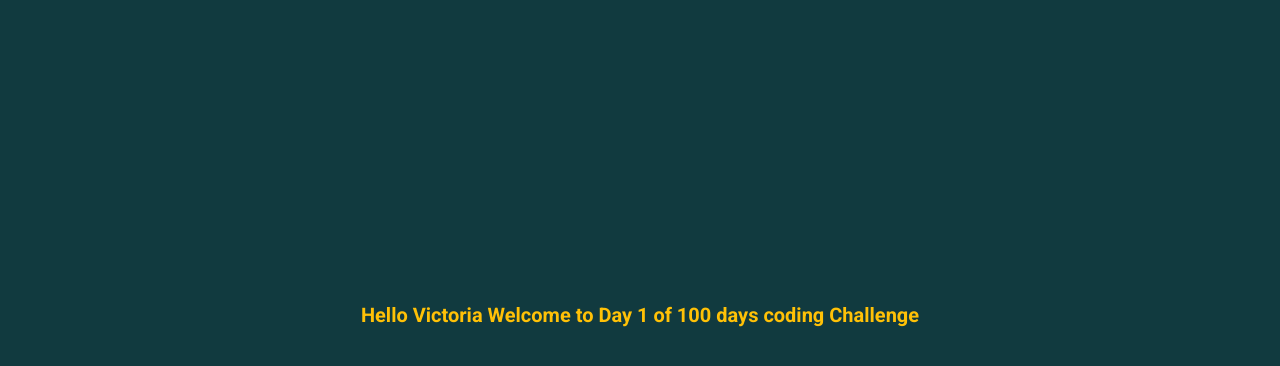
Repository: VickyJacob23/100DaysOfCoding
Page: day1/index.html
These files come from the project's save history. The page is drawn as it stood at one moment and after the next save; the edit follows.
The browser window is 1280 px wide. The pictures show the whole page.

Above is the page before, as saved 2024-08-14 11:57:39.

### day1/index.html
<!DOCTYPE html>
<html lang="en">
  <head>
    <meta charset="UTF-8" />
    <meta name="viewport" content="width=device-width, initial-scale=1.0" />
    <link
      href="https://cdn.jsdelivr.net/npm/bootstrap@5.0.2/dist/css/bootstrap.min.css"
      rel="stylesheet"
      integrity="sha384-EVSTQN3/azprG1Anm3QDgpJLIm9Nao0Yz1ztcQTwFspd3yD65VohhpuuCOmLASjC"
      crossorigin="anonymous"
    />
    <link rel="stylesheet" href="style.css" />
    <title>Day 1</title>
  </head>
  <body class="fw-bold text-warning fs-5">
    <script src="script.js"></script>
  </body>
</html>

### day1/style.css
@import url("https://fonts.googleapis.com/css2?family=Roboto:ital,wght@0,100;0,300;0,400;0,500;0,700;0,900;1,100;1,300;1,400;1,500;1,700;1,900&display=swap");

body {
  font-family: "Roboto", sans-serif;
  background-color: #113a3f;
  display: flex;
  justify-content: center;
  align-items: center;
  margin: auto;
  padding: 15em;
}

### day1/script.js
let firstCode = "Hello Victoria Welcome to Day 1 of 100 days coding Challenge";
document.write(firstCode); // display on the user interface

console.log(firstCode); // display in the console output

After the next save:
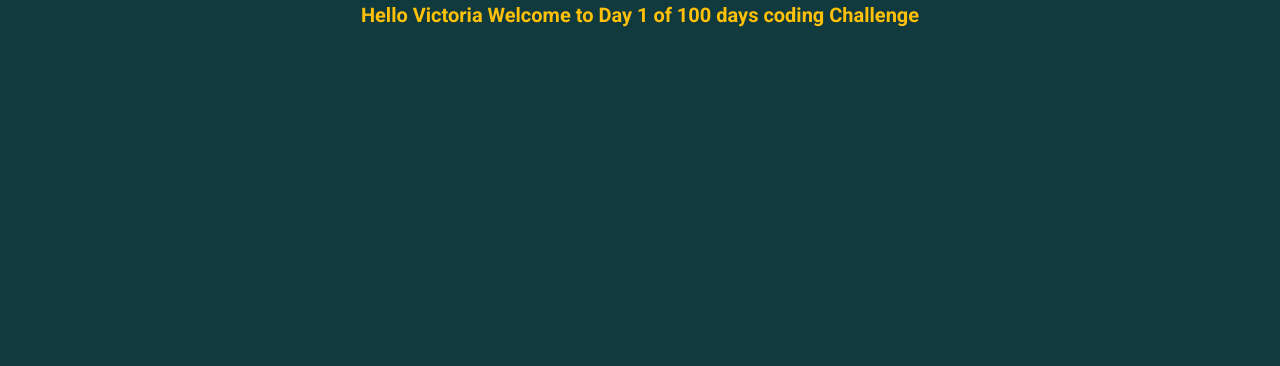
Saved 66 s later.
--- a/day1/style.css
+++ b/day1/style.css
@@ -7,5 +7,4 @@
   justify-content: center;
   align-items: center;
   margin: auto;
-  padding: 15em;
 }

After the save that followed:
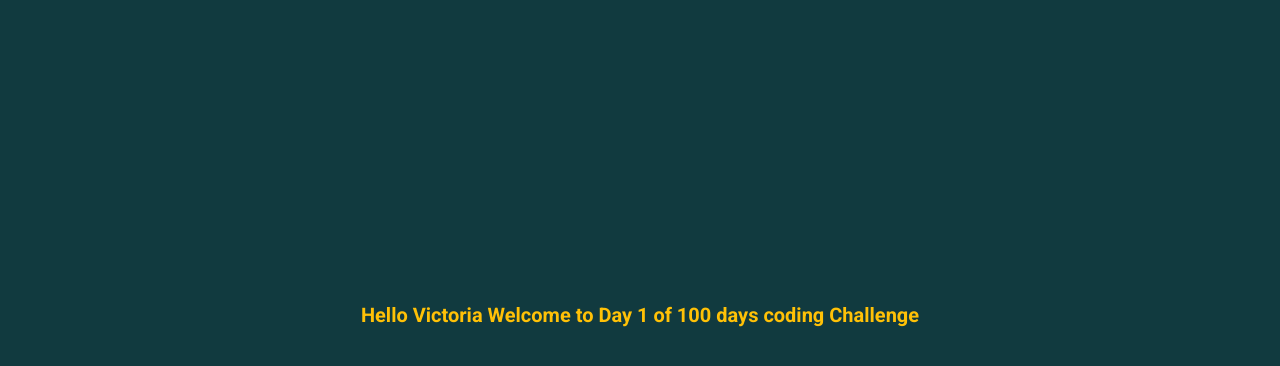
Saved 25 s later.
--- a/day1/style.css
+++ b/day1/style.css
@@ -7,4 +7,5 @@
   justify-content: center;
   align-items: center;
   margin: auto;
+  padding: 15em;
 }
